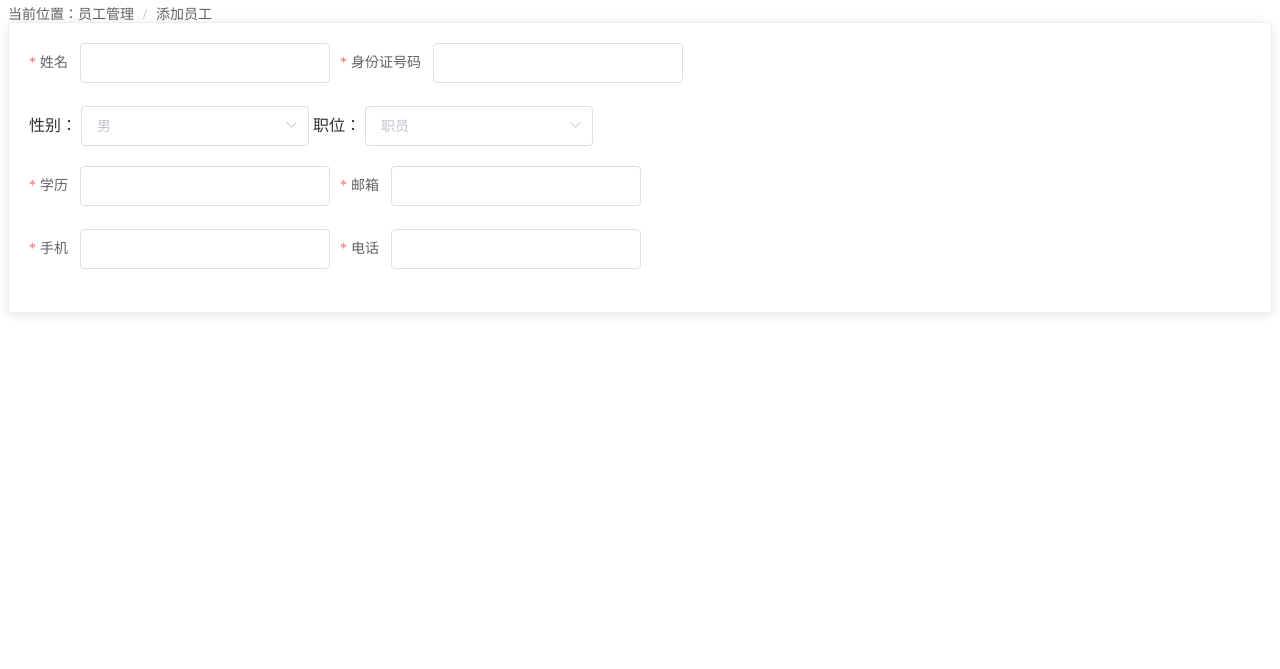
Repository: YUNjwyao/vue_hrm
Page: /#/addEmployee
An editor plug-in stored every save of this project. The page is shown before and after the next save, followed by the edit.
The browser window is 1280 px wide. The pictures show the whole page.
The project was rebuilt for these pictures with package versions that can differ from the ones it lists, and the page was loaded fresh each time. Also part of the build but not shown: src/components/Employee/EmployeeQuery.vue.

Above is the page before, as saved 2020-10-15 20:39:41.

After the next save:
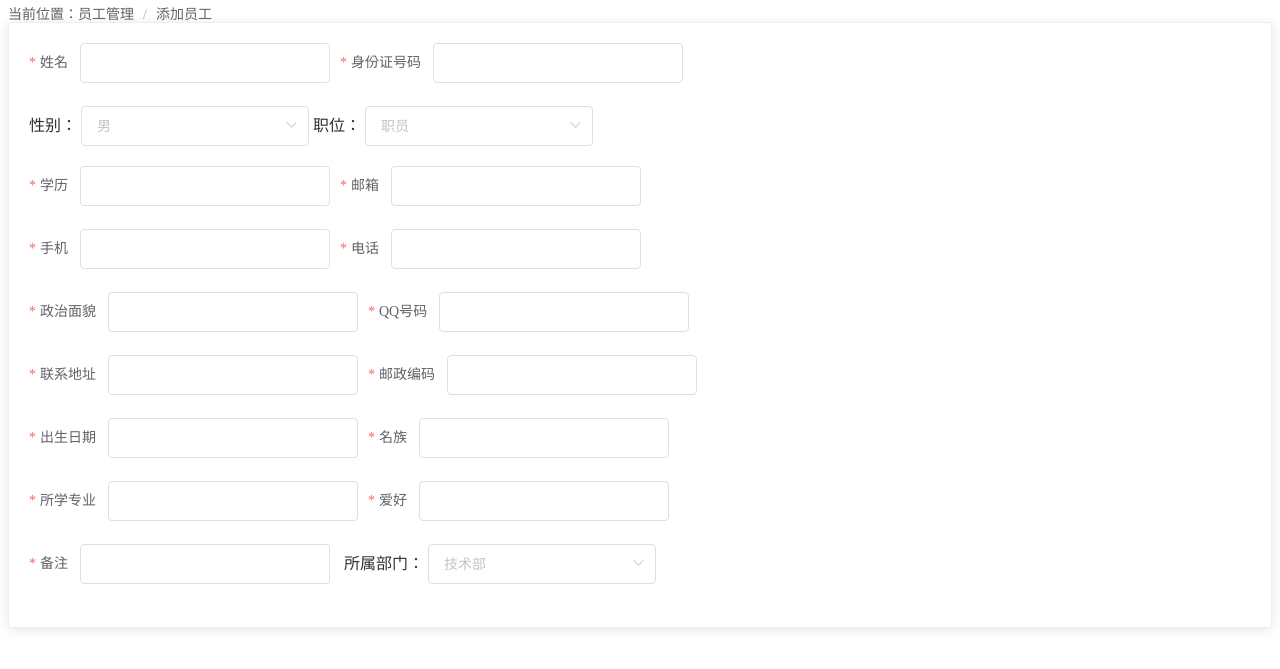
Saved 4 min 17 s later.
--- a/src/components/Employee/ShowAddEmployee.vue
+++ b/src/components/Employee/ShowAddEmployee.vue
@@ -79,6 +79,78 @@
             </el-form-item>
           </el-col>
         </el-row>
+
+   <el-row>
+          <el-col :span="8">
+            <el-form-item label="政治面貌" prop="name">
+              <el-input v-model="addForm.name"></el-input>
+            </el-form-item>
+          </el-col>
+          <el-col :span="8">
+            <el-form-item label="QQ号码" prop="IdNumber">
+              <el-input v-model="addForm.IdNumber"></el-input>
+            </el-form-item>
+          </el-col>
+        </el-row>
+		<el-row>
+          <el-col :span="8">
+            <el-form-item label="联系地址" prop="name">
+              <el-input v-model="addForm.name"></el-input>
+            </el-form-item>
+          </el-col>
+          <el-col :span="8">
+            <el-form-item label="邮政编码" prop="IdNumber">
+              <el-input v-model="addForm.IdNumber"></el-input>
+            </el-form-item>
+          </el-col>
+        </el-row>
+
+		<el-row>
+          <el-col :span="8">
+            <el-form-item label="出生日期" prop="name">
+              <el-input v-model="addForm.name"></el-input>
+            </el-form-item>
+          </el-col>
+          <el-col :span="8">
+            <el-form-item label="名族" prop="IdNumber">
+              <el-input v-model="addForm.IdNumber"></el-input>
+            </el-form-item>
+          </el-col>
+        </el-row>
+
+		<el-row>
+          <el-col :span="8">
+            <el-form-item label="所学专业" prop="name">
+              <el-input v-model="addForm.name"></el-input>
+            </el-form-item>
+          </el-col>
+          <el-col :span="8">
+            <el-form-item label="爱好" prop="IdNumber">
+              <el-input v-model="addForm.IdNumber"></el-input>
+            </el-form-item>
+          </el-col>
+        </el-row>
+
+		<el-row>
+          <el-col :span="8">
+            <el-form-item label="备注" prop="name">
+              <el-input v-model="addForm.name"></el-input>
+            </el-form-item>
+          </el-col>
+          <el-col :span="8">
+			  所属部门：
+            <el-select v-model="value" placeholder="技术部">
+          <el-option
+            v-for="item in optionsDoor"
+            :key="item.value"
+            :label="item.label"
+            :value="item.value"
+          >
+          </el-option>
+        </el-select>
+          </el-col>
+        </el-row>
+
       </el-form>
     </el-card>
   </div>
@@ -122,7 +194,17 @@ export default {
           value: "选项2",
           label: "女",
         },
-      ]
+	  ],
+	  optionsDoor: [
+		  {
+          value: "选项1",
+          label: "技术部",
+        },
+        {
+          value: "选项2",
+          label: "项目部",
+        }
+	  ]
     };
   },
 };
